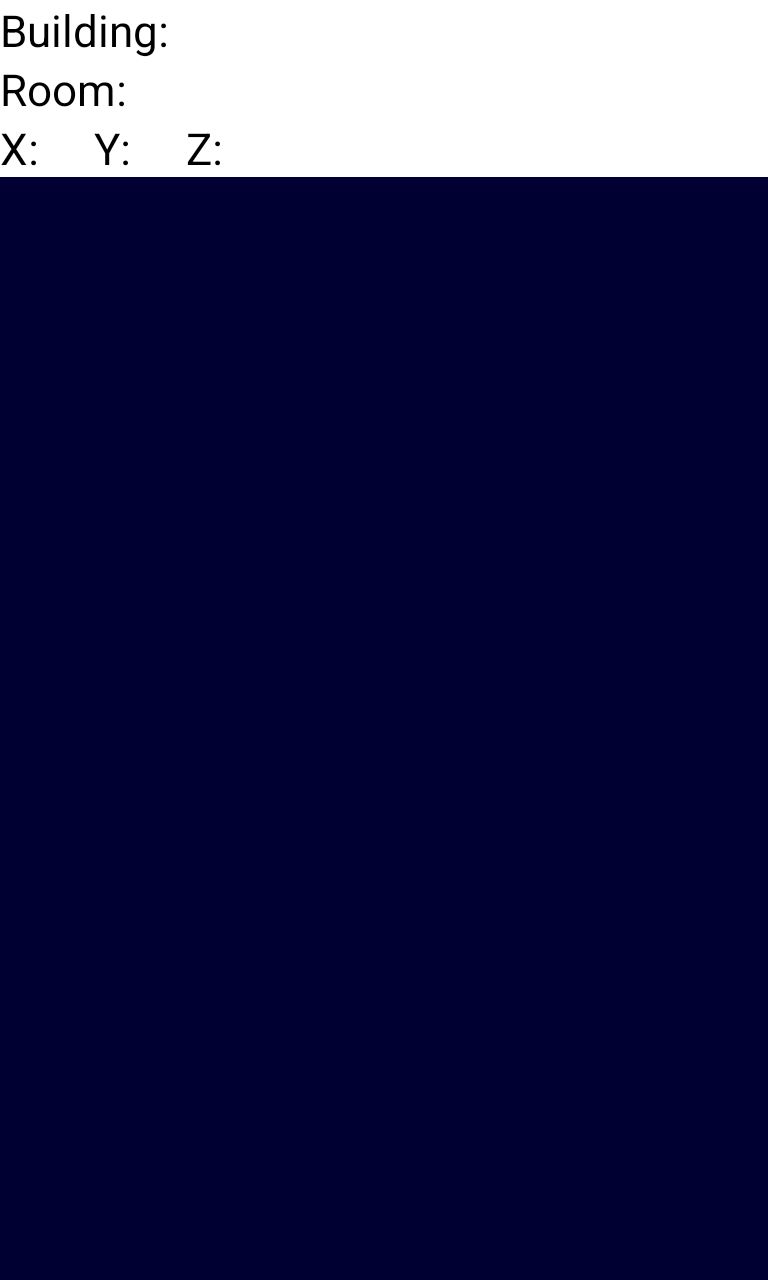
Repository: RenchuSong/tMap_Android
Layout: tmap_model_tool/res/layout/locating.xml
The author's editor kept a copy of each file at every save. The layout is drawn from the files as they stood at one save, then again after the next save.
It is drawn on a 768 x 1280 px phone screen (xhdpi) without system bars, with theme AppTheme; the app's code is not run.

Above is the layout before, as saved 2014-05-11 22:30:33.

### tmap_model_tool/res/layout/locating.xml
<?xml version="1.0" encoding="utf-8"?>
<LinearLayout xmlns:android="http://schemas.android.com/apk/res/android"
    android:layout_width="match_parent"
    android:layout_height="match_parent"
    android:orientation="vertical" >

    <TextView
        android:id="@+id/building"
        android:layout_width="match_parent"
        android:layout_height="wrap_content"
        android:text="Building:"
        android:textAppearance="?android:attr/textAppearanceLarge" />

    <TextView
        android:id="@+id/room"
        android:layout_width="match_parent"
        android:layout_height="wrap_content"
        android:text="Room:"
        android:textAppearance="?android:attr/textAppearanceLarge" />

    <TextView
        android:id="@+id/location"
        android:layout_width="match_parent"
        android:layout_height="wrap_content"
        android:text="X:     Y:     Z:"
        android:textAppearance="?android:attr/textAppearanceLarge" />

    <RelativeLayout
        android:layout_width="match_parent"
        android:layout_height="match_parent"
        android:background="#000033" >
    </RelativeLayout>

</LinearLayout>

Loaded but not shown: tmap_model_tool/res/values/styles.xml (common file); tmap_model_tool/res/values-v11/styles.xml (common file); tmap_model_tool/res/values-v14/styles.xml (common file)

After the next save:
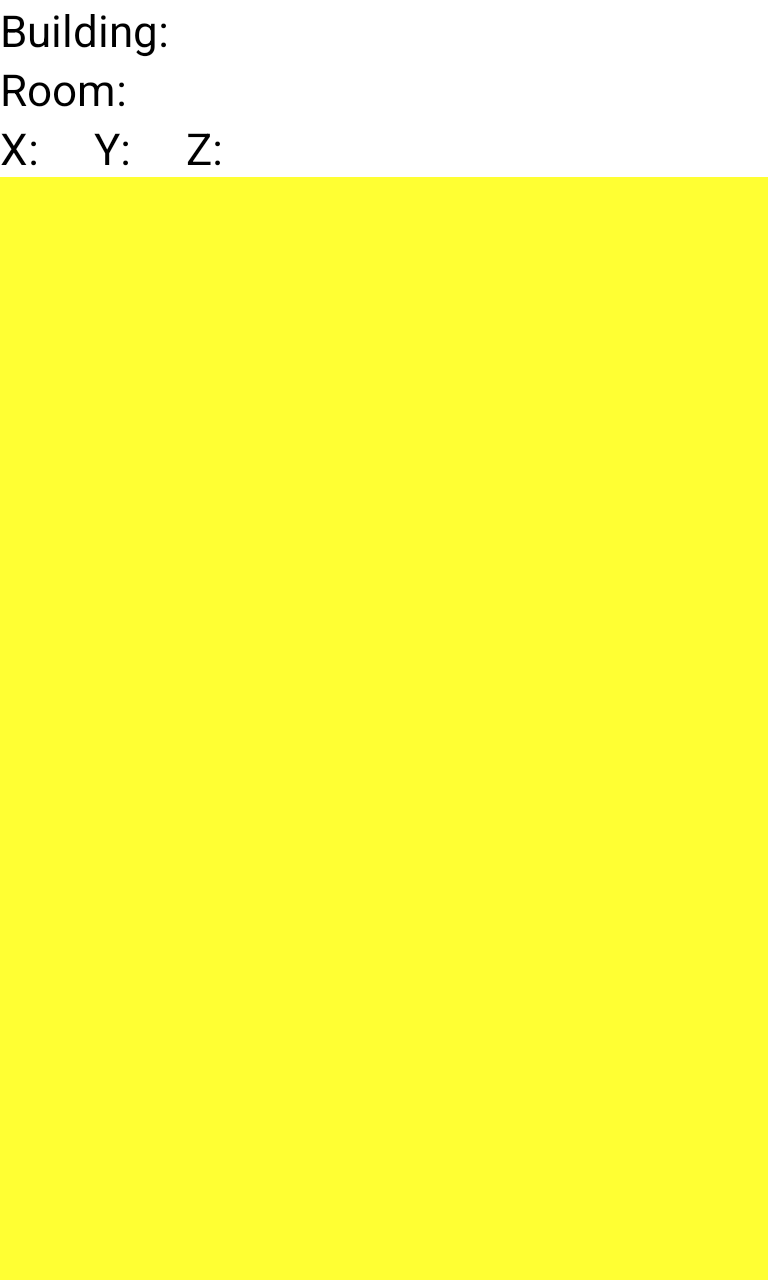
Saved 8 s later.
--- a/tmap_model_tool/res/layout/locating.xml
+++ b/tmap_model_tool/res/layout/locating.xml
@@ -28,7 +28,7 @@
     <RelativeLayout
         android:layout_width="match_parent"
         android:layout_height="match_parent"
-        android:background="#000033" >
+        android:background="#ffff33" >
     </RelativeLayout>
 
 </LinearLayout>
